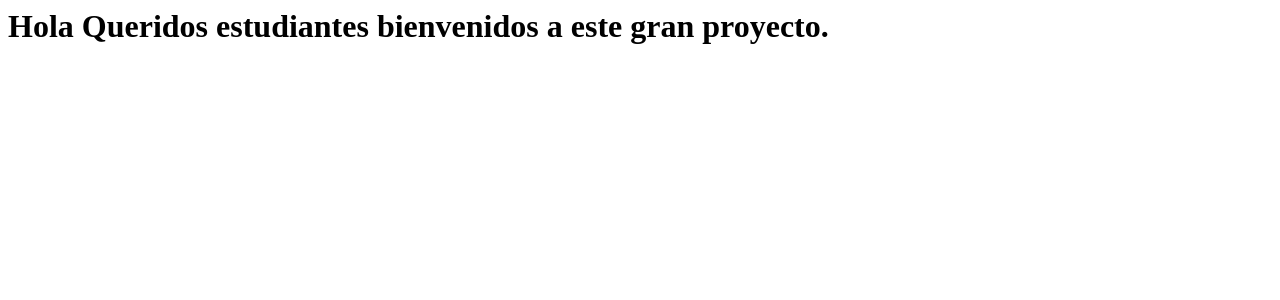
Repository: hec19gar/My-Web
Page: web.html
The author's editor kept a copy of each file at every save. The page is drawn from the files as they stood at one save, then again after the next save.
The browser window is 1280 px wide. The pictures show the whole page.

Above is the page before, as saved 2023-08-27 00:30:20.

After the next save:
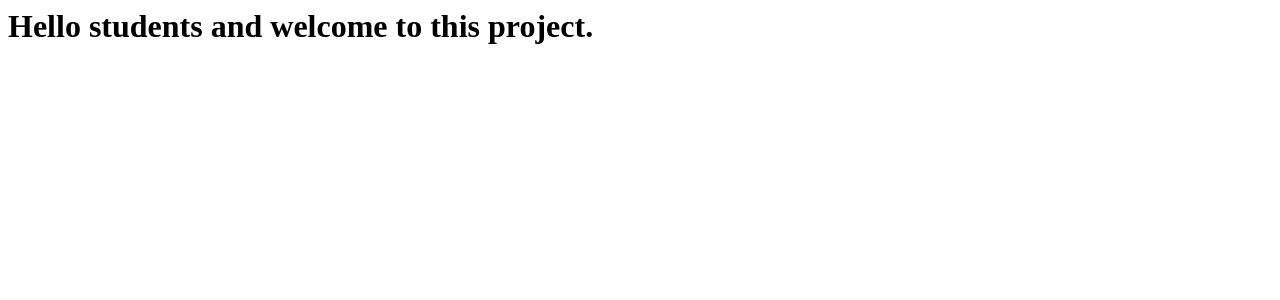
Saved 18 min 7 s later.
--- a/web.html
+++ b/web.html
@@ -6,7 +6,7 @@
     <body>
         <div>
             <h1>
-                Hola Queridos estudiantes bienvenidos a este gran proyecto.
+                Hello students and welcome to this project.
             </h1>
         </div>
     </body>
